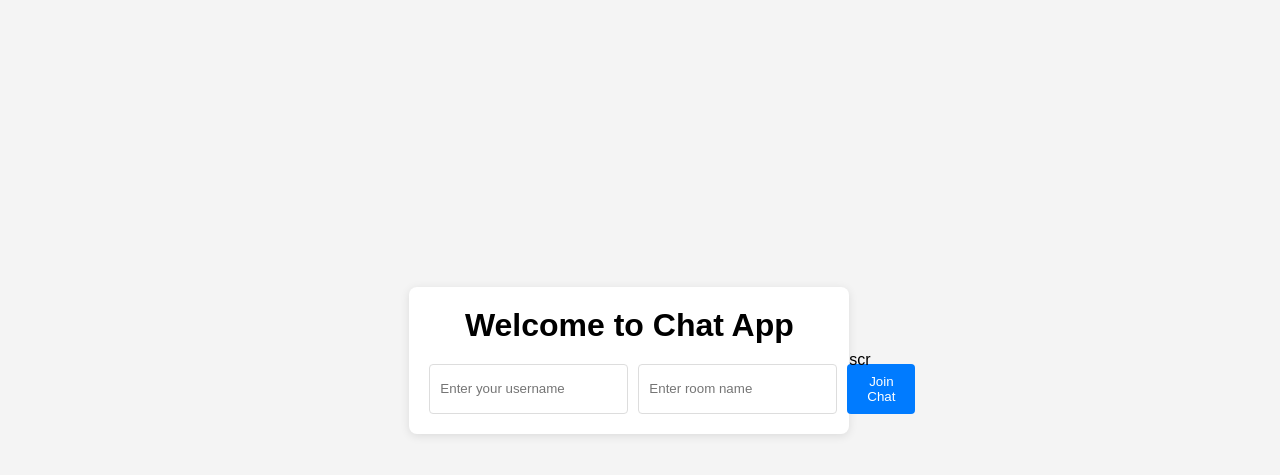
Repository: nikhil-kamboj420/Live-Chat-App
Page: index.html
An editor plug-in stored every save of this project. The page is shown before and after the next save, followed by the edit.
The browser window is 1280 px wide. The pictures show the whole page.

Above is the page before, as saved 2024-11-16 16:54:41.

### index.html
<!DOCTYPE html>
<html lang="en">
<head>
  <meta charset="UTF-8">
  <meta name="viewport" content="width=device-width, initial-scale=1.0">
  <title>Chat App - Home</title>
  <link rel="stylesheet" href="style.css">
</head>
<body>
  <div class="container">
    <h1>Welcome to Chat App</h1>
    <form id="joinForm">
      <input type="text" id="username" placeholder="Enter your username" required>
      <input type="text" id="room" placeholder="Enter room name" required>
      <button type="submit">Join Chat</button>
    </form>
  </div>
  <script>
    document.getElementById('joinForm').addEventListener('submit', (e) => {
      e.preventDefault();
      const username = document.getElementById('username').value;
      const room = document.getElementById('room').value;
      window.location.href = `chat.html?username=${username}&room=${room}`;
    });
  </script>
  scr
</body>
</html>

### style.css
body {
    font-family: Arial, sans-serif;
    margin: 0;
    padding: 0;
    display: flex;
    justify-content: center;
    align-items: center;
    height: 100vh;
    background: #f4f4f4;
  }

  .container, .chat-container {
    width: 400px;
    background: white;
    padding: 20px;
    border-radius: 8px;
    box-shadow: 0 2px 10px rgba(0, 0, 0, 0.1);
  }

  h1, h2 {
    margin: 0 0 20px;
    text-align: center;
  }

  .messages {
    height: 300px;
    overflow-y: auto;
    border: 1px solid #ddd;
    padding: 10px;
    margin-bottom: 10px;
  }

  form {
    display: flex;
    gap: 10px;
  }

  input[type="text"] {
    flex: 1;
    padding: 10px;
    border: 1px solid #ddd;
    border-radius: 4px;
  }

  button {
    padding: 10px 20px;
    border: none;
    background: #007bff;
    color: white;
    border-radius: 4px;
    cursor: pointer;
  }

### app.js
const urlParams = new URLSearchParams(window.location.search);
const username = urlParams.get('username');
const room = urlParams.get('room');

document.getElementById('roomName').innerText = `Room: ${room}`;

const ws = new WebSocket(`ws://${window.location.hostname}:`);
ws.onopen = () => {
  ws.send(
    JSON.stringify({
      type: 'join',
      username,
      room,
    })
  );
};

ws.onmessage = (event) => {
  const message = JSON.parse(event.data);
  const chatMessages = document.getElementById('chatMessages');

  if (message.type === 'error') {
    alert(message.message);
    window.location.href = '/';
    return;
  }

  const messageDiv = document.createElement('div');
  if (message.type === 'chat') {
    messageDiv.innerHTML = `<strong>${message.username}</strong>: ${message.message} <small>${message.timestamp}</small>`;
  } else if (message.type === 'system') {
    messageDiv.innerHTML = `<em>${message.message}</em>`;
  } else if (message.type === 'success') {
    messageDiv.innerHTML = `<em>${message.message}</em>`;
  }

  chatMessages.appendChild(messageDiv);
  chatMessages.scrollTop = chatMessages.scrollHeight;
};

document.getElementById('messageForm').addEventListener('submit', (e) => {
  e.preventDefault();
  const messageInput = document.getElementById('messageInput');
  ws.send(JSON.stringify({ type: 'message', text: messageInput.value }));
  messageInput.value = '';
});

After the next save:
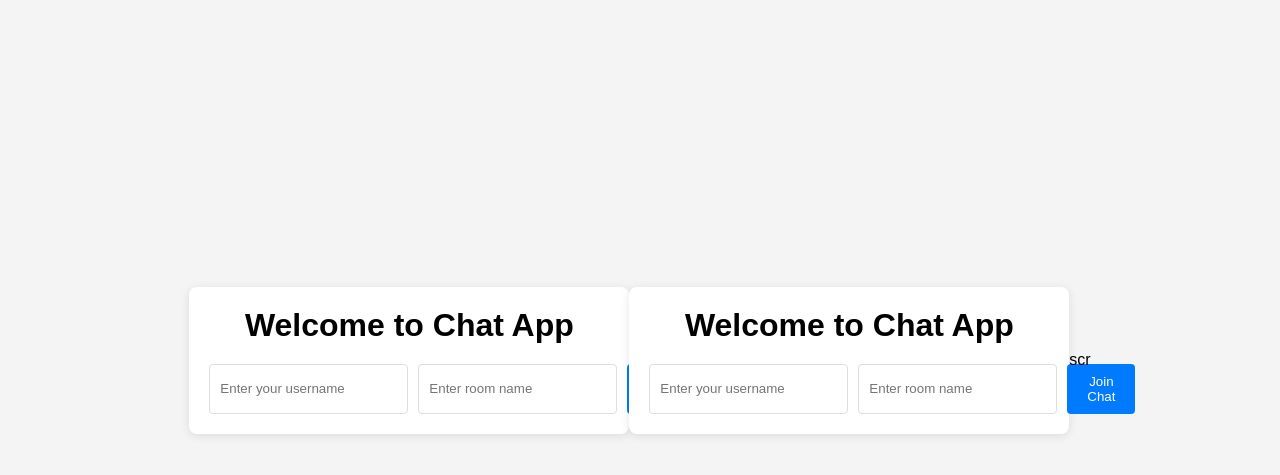
Console error: TypeError: Cannot set properties of null (setting 'innerText')
Saved 5 s later.
--- a/index.html
+++ b/index.html
@@ -1,3 +1,31 @@
+<!DOCTYPE html>
+<html lang="en">
+<head>
+  <meta charset="UTF-8">
+  <meta name="viewport" content="width=device-width, initial-scale=1.0">
+  <title>Chat App - Home</title>
+  <link rel="stylesheet" href="style.css">
+</head>
+<body>
+  <div class="container">
+    <h1>Welcome to Chat App</h1>
+    <form id="joinForm">
+      <input type="text" id="username" placeholder="Enter your username" required>
+      <input type="text" id="room" placeholder="Enter room name" required>
+      <button type="submit">Join Chat</button>
+    </form>
+  </div>
+  <script>
+    document.getElementById('joinForm').addEventListener('submit', (e) => {
+      e.preventDefault();
+      const username = document.getElementById('username').value;
+      const room = document.getElementById('room').value;
+      window.location.href = `chat.html?username=${username}&room=${room}`;
+    });
+  </script>
+  <script src="./app.js"></script>
+</body>
+</html>
 <!DOCTYPE html>
 <html lang="en">
 <head>
